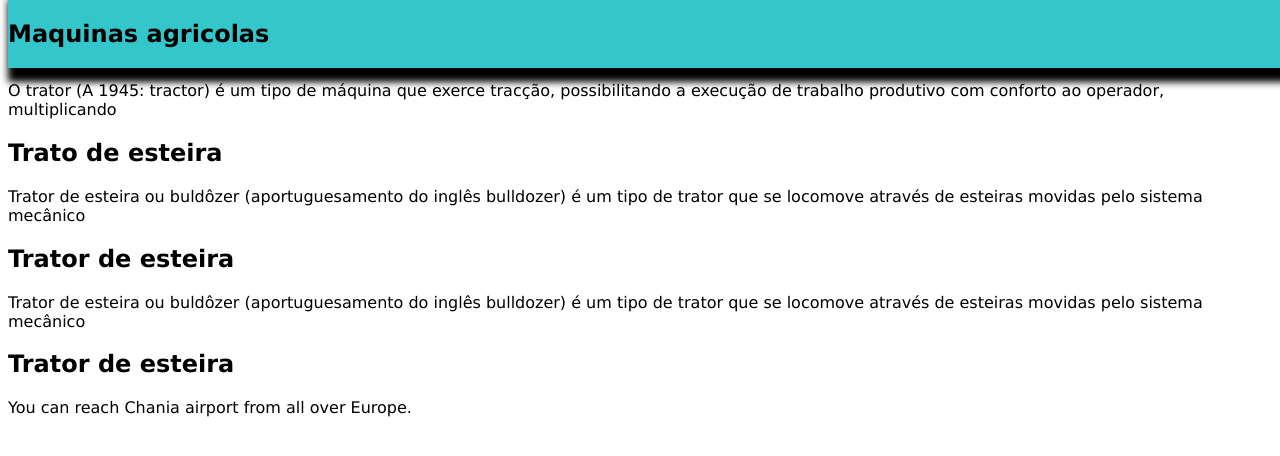
Repository: ecrseer/pesquisa-carros-html
Page: news.html
An editor plug-in stored every save of this project. The page is shown before and after a run of saves, followed by the edit.
The browser window is 1280 px wide. The pictures show the whole page.

Above is the page before, as saved 2022-01-21 16:22:54.

### news.html
<!doctype html>

<html lang="pt-br">
  <html lang="pt-br">
    <head>
        <meta charset="UTF-8"/>
        <meta name="viewport" content="width=device-width,
        initial-scale=1.0"/>
        <meta http-equiv="X-UA-Compatible" content="ie=edge">
        <title>Vendarro LTDA</title>

  <link rel="stylesheet" href="news.css">

</head>

<body>
    <nav class="header">
        <h1>Maquinas agricolas</h1>

      </nav>
      <div class ="resto">
        <div class="row">


          <div class="col-6 col-s-9">
            <h1>Trator</h1>
            <p>O trator (A 1945: tractor) é um tipo de máquina que exerce tracção, possibilitando a execução de trabalho produtivo com conforto ao operador, multiplicando </p>
          </div>

          <div class="col-3 col-s-12">
            <div class="aside">
              <h2>Trato de esteira</h2>
              <p>Trator de esteira ou buldôzer (aportuguesamento do inglês bulldozer) é um tipo de trator que se locomove através de esteiras movidas pelo sistema mecânico</p>
              <h2>Trator de esteira</h2>
              <p>Trator de esteira ou buldôzer (aportuguesamento do inglês bulldozer) é um tipo de trator que se locomove através de esteiras movidas pelo sistema mecânico</p>
              <h2>Trator de esteira</h2>
              <p>You can reach Chania airport from all over Europe.</p>

            </div>
          </div>

        </div>


      </div>

  <script src="scripts.js"></script>

</body>
</html>

### news.css
* {
    box-sizing: border-box;
  }

  html {
    font-family: "Lucida Sans", sans-serif;
  }

  .header {
    background-color: #33c7cc;
    position: fixed;
    top:0;
    width: 100%;
    max-height: 21vh;
    box-shadow: 1vh 1vh 1vh 1vh;
  }

### scripts.js
function recurs(nmbr){

    if (nmbr==1)
    return 1;
    else
    arr.push(3*recurs(nmbr-1));
}

let
    isWhite = false,
    arr=[];
    let
    fixo=new Array(5);

    fixo[0]='E';
    fixo[4]='S';
    console.log(fixo);


function changeTheme(){
    isWhite ? document.querySelector("body").style.backgroundColor='#010101' :
    document.querySelector("body").style.backgroundColor='#fff';

    isWhite= !isWhite;

    function hapn(){
        console.log('data');
    }

    console.log(arr);
}

After the next 3 saves:
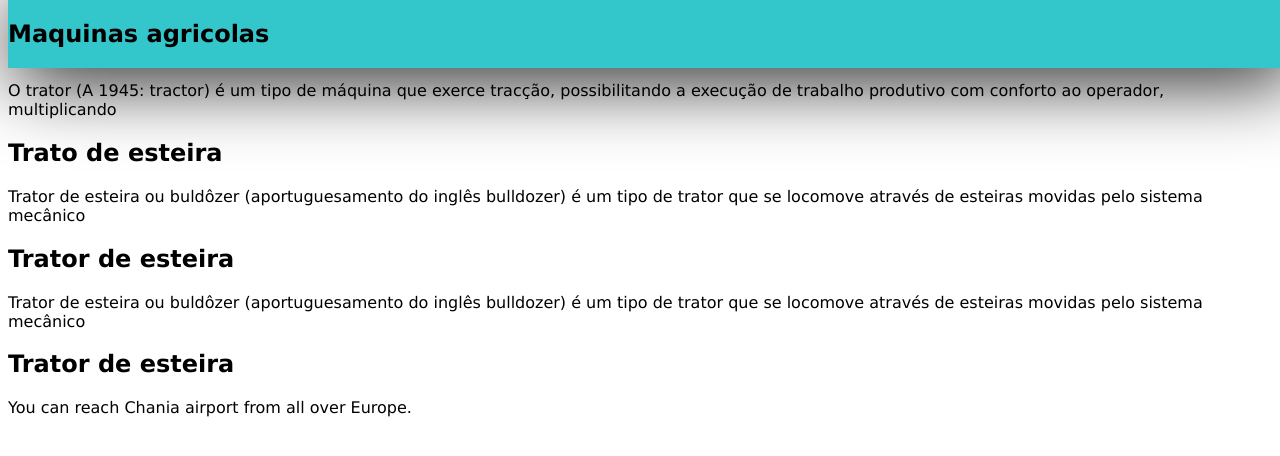
The 3 saves are shown as one change because they came seconds apart.
The last was saved 10 s later.
--- a/news.css
+++ b/news.css
@@ -12,5 +12,5 @@
     top:0;
     width: 100%;
     max-height: 21vh;
-    box-shadow: 1vh 1vh 1vh 1vh;
+    box-shadow: 1vh 1vh 11vh 1px;
   }
